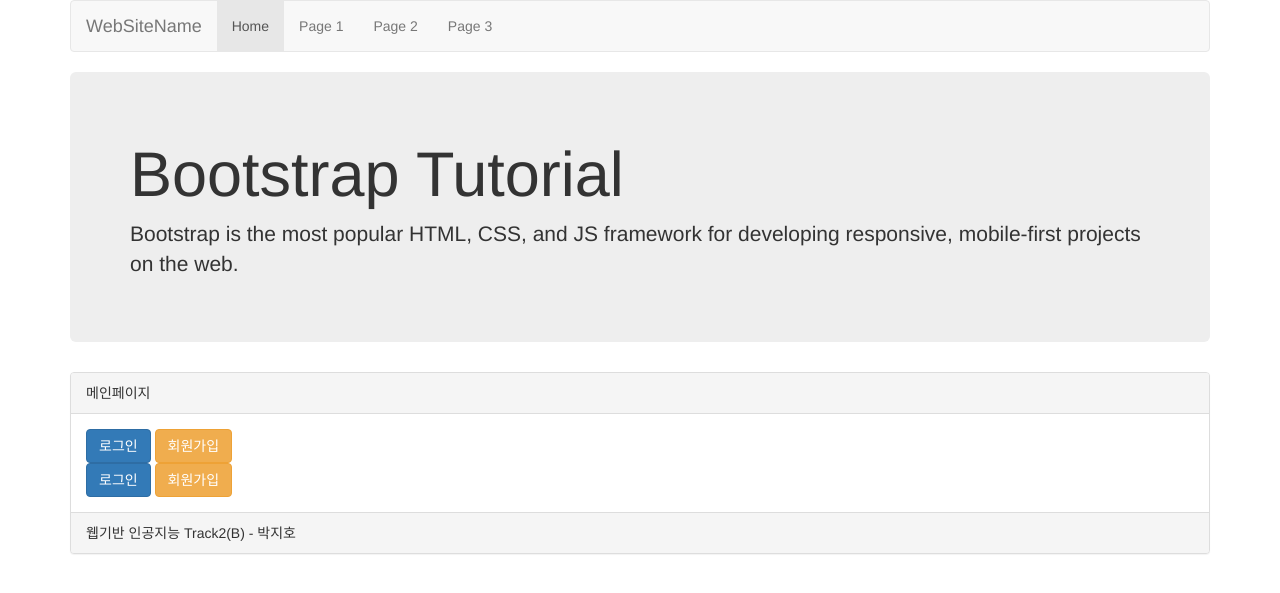
Repository: Jipumpkin/WebServer
Page: http://localhost/FrontCommandPattern/main.jsp
An editor plug-in stored every save of this project. The page is shown before and after the next save, followed by the edit.
The browser window is 1280 px wide. The pictures show the whole page.
The page is served by Tomcat 9. Other server files are loaded and not shown.

Above is the page before, as saved 2024-08-21 01:15:38.

### FrontCommandPattern/src/main/webapp/main.jsp
<%@page import="com.model.WMemberVO"%>
<%@page import="com.model.WMemberDAO"%>
<%@ page language="java" contentType="text/html; charset=EUC-KR"
    pageEncoding="EUC-KR"%>
<%@ taglib prefix="c" uri="http://java.sun.com/jsp/jstl/core" %>
<!DOCTYPE html>
<html>
<head>
<meta charset="EUC-KR">
<title>Insert title here</title>
<link rel="stylesheet" href="https://maxcdn.bootstrapcdn.com/bootstrap/3.4.1/css/bootstrap.min.css">
<script src="https://ajax.googleapis.com/ajax/libs/jquery/3.7.1/jquery.min.js"></script>
<script src="https://maxcdn.bootstrapcdn.com/bootstrap/3.4.1/js/bootstrap.min.js"></script>
</head>
<body>


	<div class="container">

		<nav class="navbar navbar-default">
		  <div class="container-fluid">
		    <div class="navbar-header">
		      <a class="navbar-brand" href="#">WebSiteName</a>
		    </div>
		    <ul class="nav navbar-nav">
		      <li class="active"><a href="#">Home</a></li>
		      <li><a href="#">Page 1</a></li>
		      <li><a href="#">Page 2</a></li>
		      <li><a href="#">Page 3</a></li>
		    </ul>
		  </div>
		</nav>

	    <div class="jumbotron">
		    <h1>Bootstrap Tutorial</h1>
		    <p>Bootstrap is the most popular HTML, CSS, and JS framework for developing
		    responsive, mobile-first projects on the web.</p>
	  	</div>

	 	<div class="panel panel-default">
		    <div class="panel-heading">메인페이지</div>

		    <div class="panel-body">


				<c:choose>
					<c:when test="${info != null}">
				    	<!-- 로그인을 했을때 -->
				    	${info.nick}, Welcome! <br>
						<a href="logoutController"><button class="btn btn-danger">로그아웃</button></a>
					</c:when>
					<c:otherwise>
				    	<!-- 로그인을 안했을때 -->
						<a href="login.jsp"><button class="btn btn-primary">로그인</button></a>
						<a href="join.jsp"><button class="btn btn-warning">회원가입</button></a>
					</c:otherwise>
				</c:choose>


		    	<br>

		    	<c:if test="${empty info}">
						<a href="login.jsp"><button class="btn btn-primary">로그인</button></a>
						<a href="join.jsp"><button class="btn btn-warning">회원가입</button></a>
		    	</c:if>

		    	<c:if test="${not empty info}">
		  			  	${info.nick}, Welcome! <br>
						<a href="logoutController"><button class="btn btn-danger">로그아웃</button></a>
		    	</c:if>









		    </div>

		    <div class="panel-footer">웹기반 인공지능 Track2(B) - 박지호</div>
	  	</div>
	</div>

</body>
</html>

After the next save:
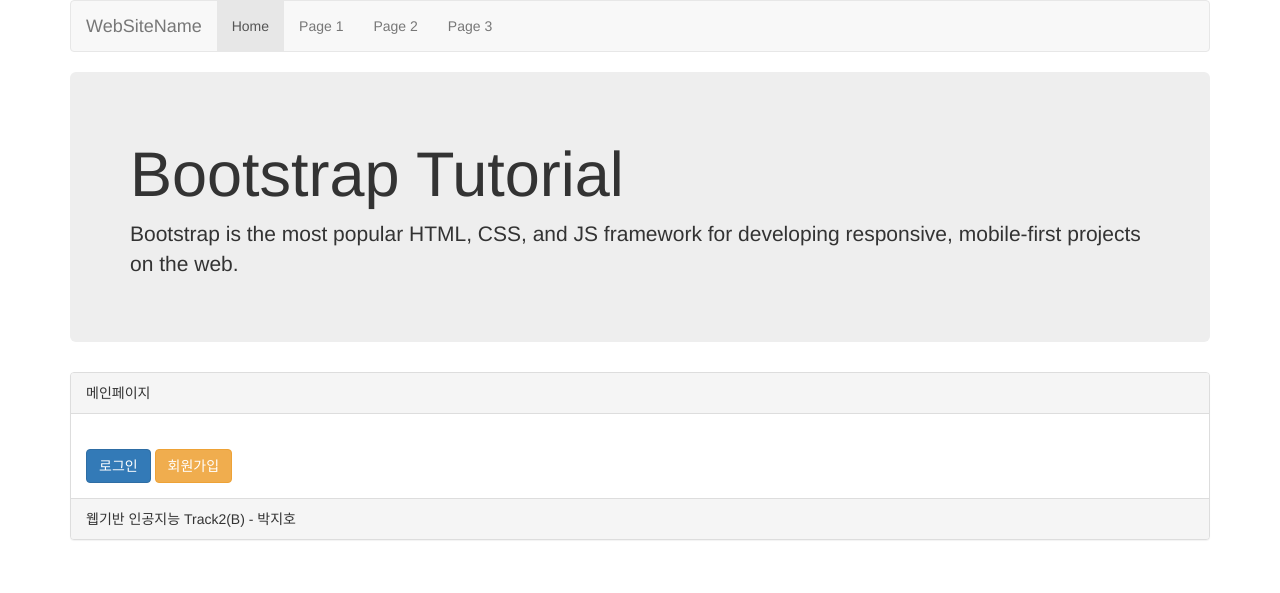
Saved 58 s later.
--- a/FrontCommandPattern/src/main/webapp/main.jsp
+++ b/FrontCommandPattern/src/main/webapp/main.jsp
@@ -42,8 +42,8 @@
 
 		    <div class="panel-body">
 
-
-				<c:choose>
+		    <!-- jstl choose 문으로 구현 -->
+<%-- 				<c:choose>
 					<c:when test="${info != null}">
 				    	<!-- 로그인을 했을때 -->
 				    	${info.nick}, Welcome! <br>
@@ -54,11 +54,13 @@
 						<a href="login.jsp"><button class="btn btn-primary">로그인</button></a>
 						<a href="join.jsp"><button class="btn btn-warning">회원가입</button></a>
 					</c:otherwise>
-				</c:choose>
+				</c:choose> --%>
 
 
 		    	<br>
 
+
+		    	<!-- jstl if 문으로 구현 -->
 		    	<c:if test="${empty info}">
 						<a href="login.jsp"><button class="btn btn-primary">로그인</button></a>
 						<a href="join.jsp"><button class="btn btn-warning">회원가입</button></a>
